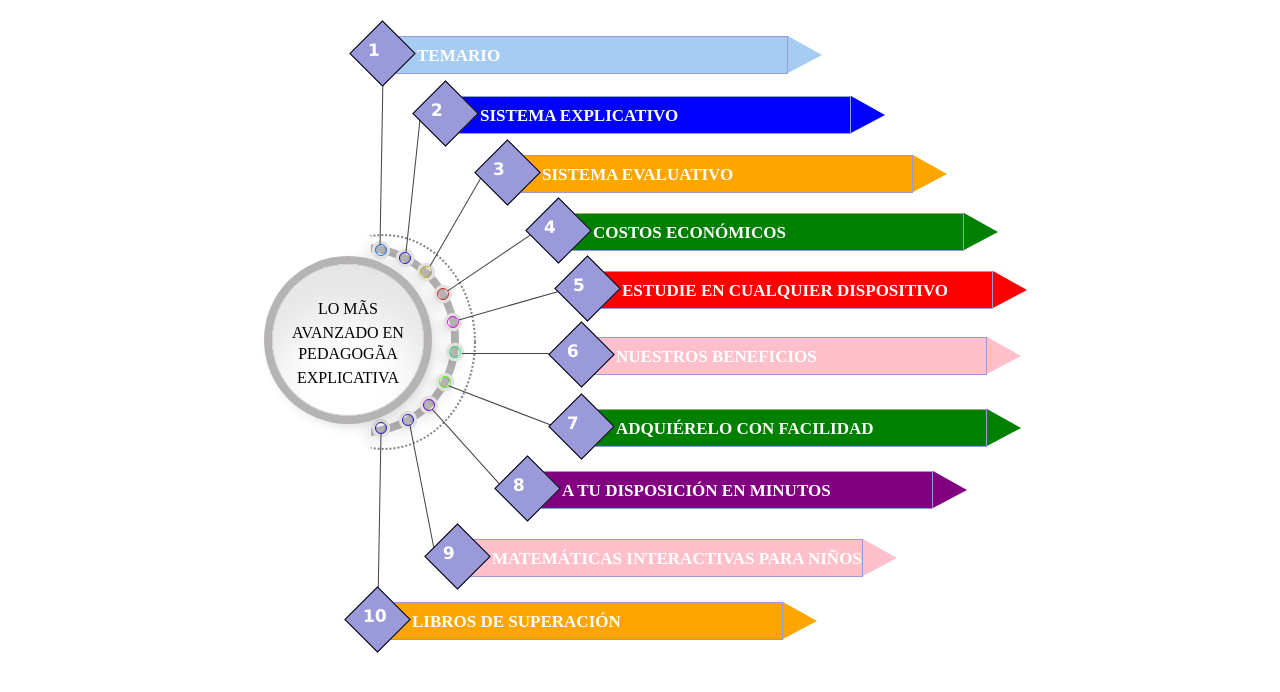
Repository: jennymoreno94/Menu
Page: index.html
These files come from the project's save history. The page is drawn as it stood at one moment and after the next save; the edit follows.
The browser window is 1280 px wide. The pictures show the whole page.

Above is the page before, as saved 2021-08-01 22:24:25.

After the next save:
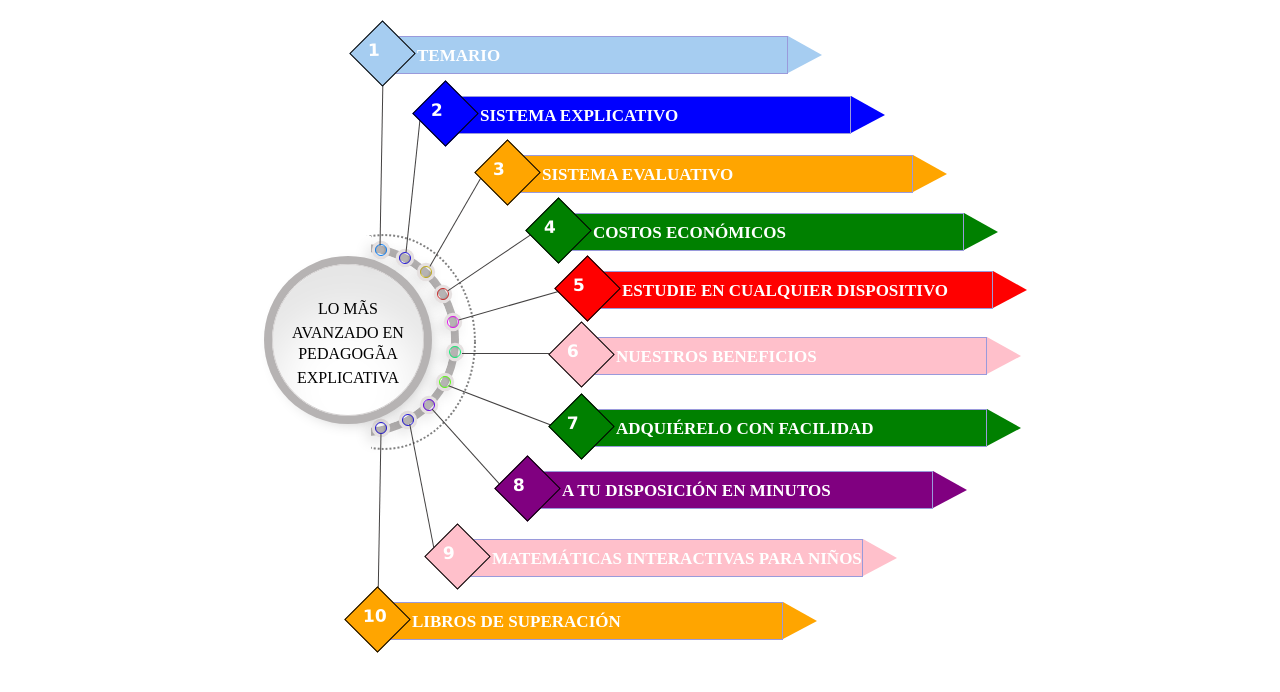
Saved 91 s later.
--- a/menu.js
+++ b/menu.js
@@ -14,9 +14,12 @@ function Menu() {
         boton.classList.add("boton-agrupado")
         boton.classList.add(`btn${i+1}`)
 
+        let color=cambiocolor(i+1)
+
         let spanRombo =document.createElement("span")
         spanRombo.classList.add("rombo")
         spanRombo.classList.add(`span${i+1}`)
+        spanRombo.style.setProperty(`background`, color);
 
         let h3Rombo =document.createElement("h3")
         h3Rombo.classList.add("text")
@@ -25,7 +28,6 @@ function Menu() {
         let link =document.createElement("a")
         link.classList.add("button-href")
         link.classList.add(`color${i+1}`)
-        let color=cambiocolor(i+1)
         link.style.setProperty(`background`, color);
 
 
